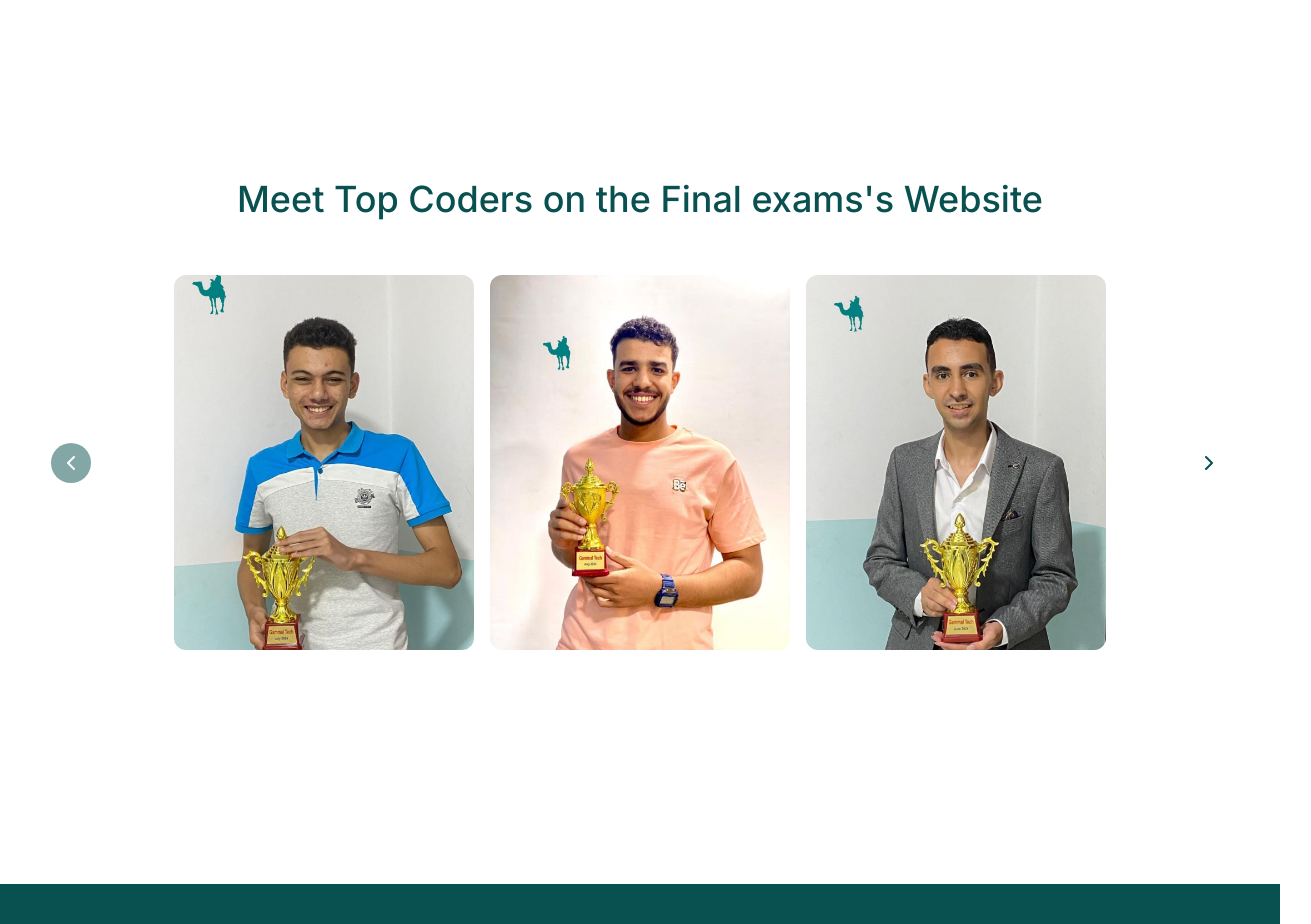
Repository: Ahmed77669/Internship-test
Page: /
An editor plug-in stored every save of this project. The page is shown before and after the next save, followed by the edit.
The browser window is 1280 px wide. The page is 1311 px wide, so the pictures cover 1311 px, including what lies to the right of the window. The pictures show the part of the page from y = 3606 to 4530 px (the page is 4874 px tall).
The project was rebuilt for these pictures with package versions that can differ from the ones it lists, and the page was loaded fresh each time. The framework's server and built-in components were replaced by stand-ins that run in the browser. Also part of the build but not shown: next.config.mjs.

Above is the page before, as saved 2024-10-20 20:24:08.

### app/layout.tsx
import type { Metadata } from "next";
import localFont from "next/font/local";
import "@/app/styles/globals.css";

import NavBarHome from "@/components/Header/Navbar";
import { Inter } from "next/font/google";
import Footer from "@/components/Footer/Footer";

const inter = Inter({
  subsets: ["latin"],
});
const geistSans = localFont({
  src: "./fonts/GeistVF.woff",
  variable: "--font-geist-sans",
  weight: "100 900",
});
const geistMono = localFont({
  src: "./fonts/GeistMonoVF.woff",
  variable: "--font-geist-mono",
  weight: "100 900",
});

export const metadata: Metadata = {
  title: "Create Next App",
  description: "Generated by create next app",
};

export default function RootLayout({
  children,
}: Readonly<{
  children: React.ReactNode;
}>) {
  return (
    <html lang="en">
      <body
        className={`${geistSans.variable} ${geistMono.variable} antialiased ${inter.className}`}
      >
        <NavBarHome />
        {children}
        <Footer />
      </body>
    </html>
  );
}

### app/page.tsx
import NavBarHome from "@/components/Header/Navbar";
import Home_1 from "@/components/Home/Home_1";
import Image from "next/image";

export default function Home() {
  return (
      <main>
        <Home_1 />
      </main>

  );
}

### app/styles/globals.css
@tailwind base;
@tailwind components;
@tailwind utilities;

:root {
  --background: #ffffff;
  /* --foreground: #171717; */
}

@media (prefers-color-scheme: dark) {
  :root {
    /* --background: #0a0a0a; */
    --foreground: #ededed;
  }
}

body {
  color: var(--foreground);
  background: var(--background);
  font-family: Arial, Helvetica, sans-serif;
}

@layer utilities {
  .text-balance {
    text-wrap: balance;
  }
}

### components/Header/Navbar.tsx
"use client";
import React, { useEffect, useState } from "react";
import GT_logo from "@/public/Component 6.png";
import Link from "next/link";
import { Inter } from "next/font/google";
import Image from "next/image";
import { Menu } from "lucide-react";
import { X } from "lucide-react";

const inter = Inter({
  subsets: ["latin"],
  weight: ["100", "200", "300", "400", "500", "600", "700"],
});

const NavBarHome = () => {
  const [isOpen, setIsOpen] = useState(false);

  const toggleMenu = () => {
    setIsOpen((prev) => !prev);
  };

  useEffect(() => {
    const handleResize = () => {
      if (window.innerWidth > 1024) {
        setIsOpen(false);
      }
    };

    window.addEventListener("resize", handleResize);
    return () => {
      window.removeEventListener("resize", handleResize);
    };
  }, []);

  return (
    <div className={`py-5 container mx-auto ${inter.className} w-[92%]`}>
      <nav className="relative">
        <ul className="flex justify-between items-center">
          <li className="min-w-[152px]">
            <Link href="/">
              <Image
                src={GT_logo}
                alt="Gammal Tech Logo"
                width={130}
                className="cursor-pointer"
              />
            </Link>
          </li>
          <div className="hidden md:flex space-x-5">
            <Link
              href="/"
              className="text-[#007676] text-[18px] font-normal flex items-center"
            >
              Home
            </Link>
            <Link
              href="/pricing"
              className="text-[#007676] text-[18px] font-normal flex items-center"
            >
              Pricing
            </Link>
            <Link
              href="/about"
              className="text-[#007676] text-[18px] font-normal flex items-center"
            >
              About
            </Link>
            <Link
              href="/about"
              className="text-[#007676] text-[18px] font-normal flex items-center"
            >
              Contact Us
            </Link>
            <Link
              href="/signup"
            >
            <button className="bg-[#007676] text-white rounded-md w-[156px] h-[50px] text-[16px] font-semibold  py-1 px-3 transition-all duration-300 ease-in-out hover:bg-[#005555] hover:shadow-lg">
              GET STARTED
            </button>
            </Link>
          </div>
          <div className="md:hidden flex items-center">
            <button
              onClick={toggleMenu}
              className="text-[#007676] focus:outline-none"
            >
              {isOpen ? (
                <X size={40} color="#007676" strokeWidth={2} />
              ) : (
                <Menu size={40} color="#007676" strokeWidth={2} />
              )}
            </button>
          </div>
        </ul>

        {isOpen && (
          <div className="absolute right-0 mt-2 w-full bg-white shadow-lg rounded-lg z-20 transition-transform transform origin-top-right scale-100">
            <div className="flex flex-col items-center justify-center mx-auto p-4">
              <Link
                href="/"
                className="text-[#007676] text-lg font-semibold hover:bg-[#f0f0f0] transition duration-200 p-3 rounded-lg text-center w-full"
                onClick={() => setIsOpen(false)}
              >
                Home
              </Link>
              <Link
                href="/pricing"
                className="text-[#007676] text-lg font-semibold hover:bg-[#f0f0f0] transition duration-200 p-3 rounded-lg text-center w-full"
                onClick={() => setIsOpen(false)}
              >
                Pricing
              </Link>
              <Link
                href="/about"
                className="text-[#007676] text-lg font-semibold hover:bg-[#f0f0f0] transition duration-200 p-3 rounded-lg text-center w-full"
                onClick={() => setIsOpen(false)}
              >
                About Us
              </Link>

              <button
                className="mt-4 bg-[#007676] text-white text-lg font-semibold py-2 px-6 rounded-lg hover:bg-[#005c5c] transition duration-200"
                onClick={() => setIsOpen(false)}
              >
                GET STARTED
              </button>
            </div>
          </div>
        )}
      </nav>
    </div>
  );
};

export default NavBarHome;

### components/Footer/Footer.tsx
import React from 'react';
import Image from "next/image";
import footerLogo from "@/public/gammalTech-logos/footer-logo.png";
import Link from 'next/link';
import linkdin from "@/public/socialmediaIcons/linkdin.png";
import facebook from "@/public/socialmediaIcons/Facebook.png";
import instagram from "@/public/socialmediaIcons/Instagram.png";
import twitter from "@/public/socialmediaIcons/Twitter.png";

const Footer = () => {
  return (

      <section className= "bg-[#095051] py-20 min-h-96 h-auto">
        <div className="container mx-auto px-4 ">
          <div className="flex justify-between flex-wrap ">
            <div className='mb-10'>
              <div className="mb-6">
                <Image src={footerLogo} alt='Gammal Tech Logo' width={152} />
              </div>
              <div className="text-white w-80">
                We are an online educational platform that capitalizes on human potential by assisting professionals and aspiring individuals to succeed in their goals.
              </div>
            </div>

            <div className="text-white flex flex-col mb-10">
              <p className="font-semibold mb-5">1. Featured links</p>
              <div className="flex justify-between ">
                <div className="space-y-2 mr-6">
                  <p className='cursor-pointer'>Home</p>
                  <p className='cursor-pointer'>About</p>
                  <p className='cursor-pointer'>Pricing</p>
                </div>
                <div className="space-y-2">
                  <p className='cursor-pointer'>Contact</p>
                  <p className='cursor-pointer'>Terms</p>
                  <p className='cursor-pointer'>Privacy Policy</p>
                </div>
              </div>
            </div>

            <div>
              <p className="text-white font-semibold mb-8">2. Connect with us</p>
              <div className="flex space-x-4">
                <Link href="https://www.facebook.com/gammal.tech/?locale=ar_AR" passHref target='_blank'>
                  <div className="w-12 h-12 bg-teal-700 rounded-full flex items-center justify-center cursor-pointer">
                    <Image src={facebook} alt='Facebook Logo' />
                  </div>
                </Link>
                <Link href="https://www.instagram.com/gammal.tech/?hl=ar" passHref target='_blank'>
                  <div className="w-12 h-12 bg-teal-700 rounded-full flex items-center justify-center cursor-pointer">
                    <Image src={instagram} alt='Instagram Logo' />
                  </div>
                </Link>
                <Link href="https://www.linkedin.com/company/gammal-tech/" passHref target='_blank'>
                  <div className="w-12 h-12 bg-teal-700 rounded-full flex items-center justify-center cursor-pointer">
                    <Image src={linkdin} alt='LinkedIn Logo' />
                  </div>
                </Link>
                <Link href="https://x.com/gammaltech?lang=ar" passHref target='_blank'>
                  <div className="w-12 h-12 bg-teal-700 rounded-full flex items-center justify-center cursor-pointer">
                    <Image src={twitter} alt='Twitter Logo' />
                  </div>
                </Link>
              </div>
            </div>
          </div>
        </div>
      </section>
  );
};

export default Footer;

### components/Home/Home_1.tsx
'use client'
import React, { useState } from "react";
import Image from "next/image";
import Link from "next/link";
import { ChevronLeft, ChevronRight } from "lucide-react";

import langImage from "@/public/landingPage-photos/lang.png";
import AIImage from "@/public/landingPage-photos/AI.png";
import coder1Image from "@/public/coders photos/coder1.jpg";
import coder2Image from "@/public/coders photos/coder2.jpg";
import coder3Image from "@/public/coders photos/coder3.jpg";
// import coder4Image from "@/public/coders-photos/coder4.jpg";
// import coder5Image from "@/public/coders-photos/coder5.jpg";

export default function Home() {
  const [currentIndex, setCurrentIndex] = useState(0);
  const coderImages = [coder1Image, coder2Image, coder3Image];

  const nextSlide = () => {
    setCurrentIndex((prevIndex) =>
      prevIndex + 1 >= coderImages.length ? 0 : prevIndex + 1
    );
  };

  const prevSlide = () => {
    setCurrentIndex((prevIndex) =>
      prevIndex - 1 < 0 ? coderImages.length - 1 : prevIndex - 1
    );
  };

  return (
    <section className="mt-[10%]">
      <div className="w-[92%] container mx-auto flex flex-col xl:flex-row justify-between flex-wrap hero-section">
        <div className="w-full xl:w-[660px] mb-10 xl:mb-0">
          <div className="text-[#094546] text-3xl md:text-4xl xl:text-5xl leading-[40px] md:leading-[50px] xl:leading-[60px]">
            The Engaging and Effective Way to Master Programming
          </div>

          <p className="text-black w-full xl:w-2/3 text-lg md:text-xl mt-6 md:mt-8 leading-[30px] md:leading-[35px] xl:leading-[40px]">
            Take interactive exams and challenges designed to make learning fun
            and impactful. Start your journey toward becoming a coding expert
            today!
          </p>

          <button className="bg-[#007676] text-white rounded-md w-[156px] h-[50px] text-[16px] font-semibold py-1 px-3 transition-all duration-300 ease-in-out hover:bg-[#005555] hover:shadow-lg mt-6 md:mt-8">
            GET STARTED
          </button>
        </div>

        <div className="bg-black rounded-md w-full xl:w-[500px] h-[350px] md:h-[400px] xl:h-[450px] p-5 md:p-8 xl:p-10">
          <pre className="text-[#4ADE80] text-sm md:text-base overflow-auto">
            {`#include <stdio.h>

int main() {
    int year;

    printf("Enter a year: ");
    scanf("%d", &year);

    if ((year % 100 != 0 && year % 4 == 0)) {
        printf("%d is a leap year.\\n", year);
    } else {
        printf("%d is not a leap year.\\n", year);
    }

    return 0;
}`}
          </pre>
        </div>
      </div>

      <div className="bg-[#095051] mt-[12%] mb-[12%] py-36 min-h-[800px]">
        <div className="w-[92%] container mx-auto flex flex-col xl:flex-row justify-between">
          <div className="w-full xl:w-[700px] mb-10 xl:mb-0">
            <div className="text-white text-3xl md:text-4xl xl:text-5xl leading-[40px] md:leading-[50px] xl:leading-[60px]">
              Practice Over 30 Programming Languages!
            </div>

            <p className="text-white w-full xl:w-2/3 text-lg md:text-xl mt-6 md:mt-8 leading-[30px] md:leading-[35px] xl:leading-[40px]">
              Enhance your skills with exams in over 30 programming languages.
              Our premium service offers a comprehensive and engaging way to
              advance your coding expertise.
            </p>

            <button className="bg-[#ffffff] text-[#007676] rounded-md w-[156px] h-[50px] text-[16px] font-semibold py-1 px-3 transition-all duration-300 ease-in-out hover:bg-opacity-95 hover:shadow-lg mt-6 md:mt-8">
              Try it
            </button>
          </div>

          <div className="rounded-md w-full xl:w-[500px] h-auto flex justify-center">
            <Image src={langImage} alt="programming languages photo" />
          </div>
        </div>
      </div>

      <div className="w-[92%] container mx-auto flex flex-col xl:flex-row justify-between mb-52">
        <div className="w-full xl:w-[700px] mb-10 xl:mb-0">
          <div className="text-[#095051] text-3xl md:text-4xl xl:text-5xl leading-[40px] md:leading-[50px] xl:leading-[60px]">
            AI Challenge
          </div>

          <p className="text-black w-full xl:w-2/3 text-lg md:text-xl mt-6 md:mt-8 leading-[30px] md:leading-[35px] xl:leading-[40px]">
            Try our AI Challenge, which customizes exercises based on your
            skills and experience to help you grow even faster.
          </p>

          <button className="bg-[#007676] text-[#ffffff] rounded-md w-[156px] h-[50px] text-[16px] font-semibold py-1 px-3 transition-all duration-300 ease-in-out hover:bg-opacity-95 hover:shadow-lg mt-6 md:mt-8">
            Try it
          </button>
        </div>

        <div className="rounded-md w-full xl:w-[400px] flex justify-center">
          <Image src={AIImage} alt="AI Challenge" />
        </div>
      </div>

      <div className="w-[92%] container mx-auto mb-14">
        <div className="text-[#095051] font-medium text-3xl md:text-4xl xl:text-5xl flex justify-center mb-10 md:mb-16">
          How The Final Exam in Gammal Tech Looks
        </div>
        <div className="flex justify-center">
          <iframe
            src="https://player.vimeo.com/video/914890102?h=31941f72b5"
            width="100%"
            height="360"
            allow="autoplay; fullscreen; picture-in-picture"
            className="rounded-xl"
            allowFullScreen
          ></iframe>
        </div>
      </div>

      <div className="bg-[#095051] mt-[12%] mb-[12%] py-20 min-h-[400px]">
        <div className="w-[92%] container mx-auto">
          <div className="flex justify-center text-3xl md:text-4xl text-white mb-10 md:mb-14">
            Gammal Tech exam's success stories
          </div>
          <div className="flex flex-col xl:flex-row justify-between space-y-6 xl:space-y-0 xl:space-x-5">
            {["Oqkr13uO0l0", "W7vnW2IOP3c", "zZZK00r7qM8", "-dkVLXDhFJM"].map(
              (id, index) => (
                <iframe
                  key={index}
                  src={`https://www.youtube.com/embed/${id}?si=tVq1cUpqDLvFm3u9`}
                  width="100%"
                  height="280"
                  allow="autoplay; fullscreen; picture-in-picture"
                  className="rounded-xl transition-transform duration-300 hover:scale-110"
                  allowFullScreen
                ></iframe>
              )
            )}
          </div>
        </div>
      </div>

      <div className="mt-[12%] mb-[12%] py-20 min-h-[400px]">
        <div className="w-[92%] container mx-auto">
          <div className="flex justify-center text-3xl md:text-4xl text-[#095051] mb-10 md:mb-14 font-medium">
            Meet Top Coders on the Final exams's Website
          </div>
          <div className="relative">
            <div className="flex justify-center items-center">
              {[0, 1, 2].map((offset) => {
                const index = (currentIndex + offset) % coderImages.length;
                return (
                  <div key={index} className="mx-2">
                    <Image
                      src={coderImages[index]}
                      width={300}
                      height={300}
                      alt={`coder photo ${index + 1}`}
                      className="rounded-xl transform transition-transform duration-300 hover:scale-110 cursor-pointer"
                    />
                  </div>
                );
              })}
            </div>
            <button
              onClick={prevSlide}
              className="absolute left-0 top-1/2 transform -translate-y-1/2 bg-[#095051] bg-opacity-50 rounded-full p-2 hover:bg-opacity-75 transition-all duration-200"
            >
              <ChevronLeft className="w-6 h-6 text-white" />
            </button>
            <button
              onClick={nextSlide}
              className="absolute right-0 top-1/2 transform -translate-y-1/2 bg-white bg-opacity-50 rounded-full p-2 hover:bg-opacity-75 transition-all duration-200"
            >
              <ChevronRight className="w-6 h-6 text-[#095051]" />
            </button>
          </div>
        </div>
      </div>
    </section>
  );
}

### tailwind.config.js
/** @type {import('tailwindcss').Config} */
module.exports = {
  content: [
    './components/**/*.{js,ts,jsx,tsx}',
    './app/**/*.{js,ts,jsx,tsx}',
    './middleware.ts'
  ],
  theme: {
    extend: {},
  },
  plugins: [],
}

After the next save:
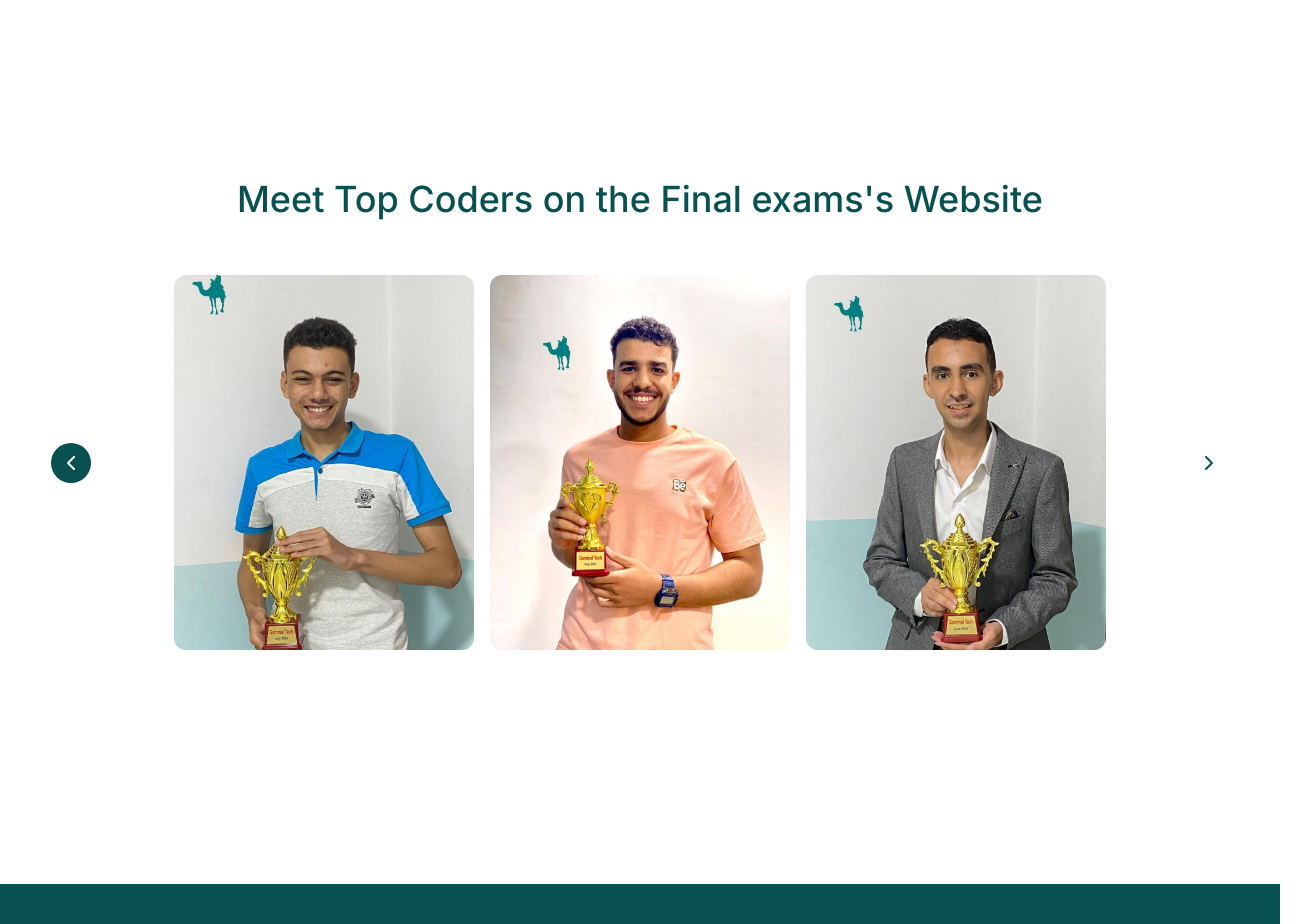
Saved 35 s later.
--- a/components/Home/Home_1.tsx
+++ b/components/Home/Home_1.tsx
@@ -177,7 +177,7 @@
             </div>
             <button
               onClick={prevSlide}
-              className="absolute left-0 top-1/2 transform -translate-y-1/2 bg-[#095051] bg-opacity-50 rounded-full p-2 hover:bg-opacity-75 transition-all duration-200"
+              className="absolute left-0 top-1/2 transform -translate-y-1/2 bg-[#095051]  rounded-full p-2 hover:bg-opacity-75 transition-all duration-200"
             >
               <ChevronLeft className="w-6 h-6 text-white" />
             </button>
